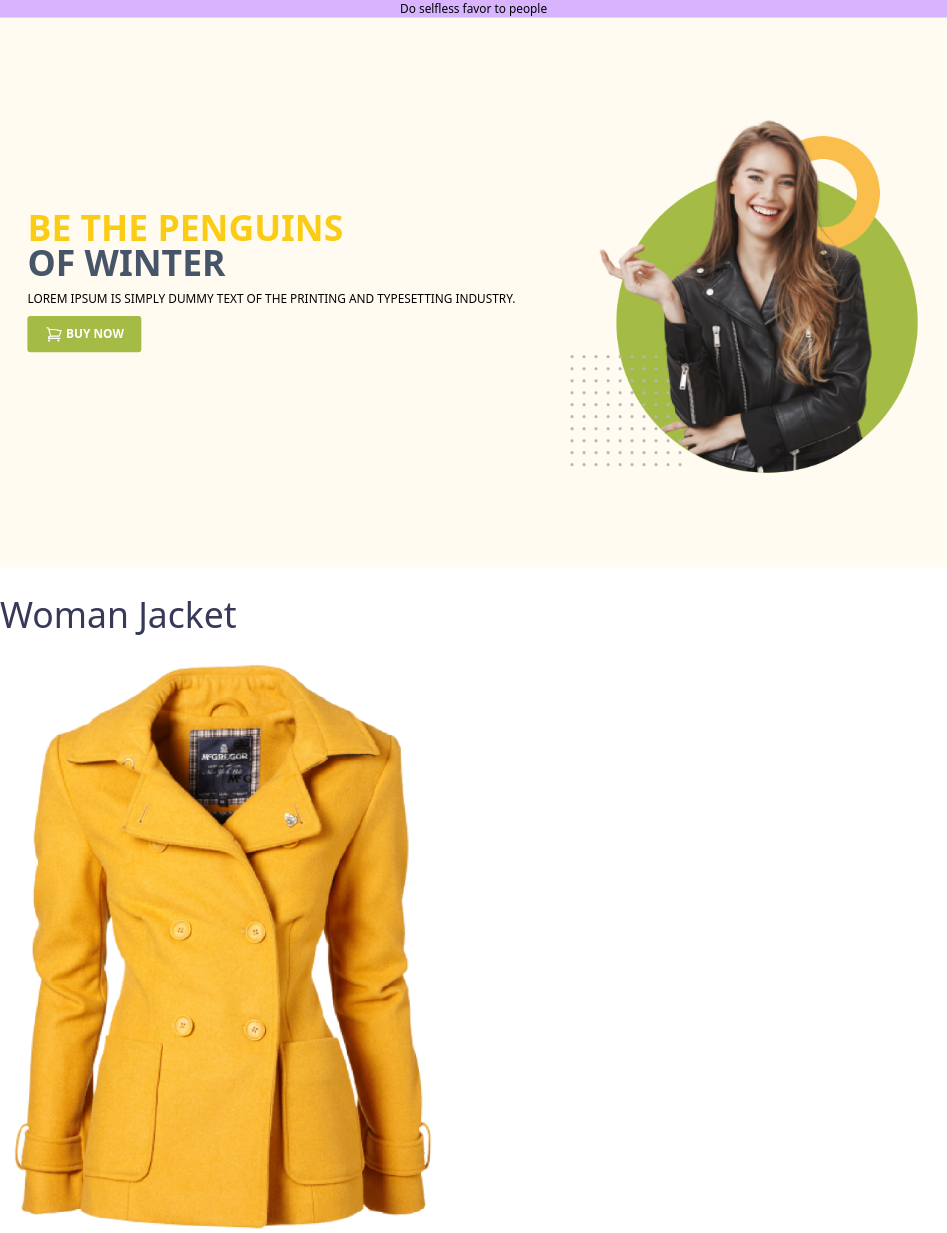
Repository: zjria/penguin-e-commerce-fashion
Page: index.html
These files come from the project's save history. The page is drawn as it stood at one moment and after the next save; the edit follows.
The browser window is 1280 px wide. The pictures show the whole page, at 74% of full size.
Some web libraries are served in a nearby version.

Above is the page before, as saved 2022-10-07 07:07:24.

### index.html
<!DOCTYPE html>
<html lang="en">

<head>
    <meta charset="UTF-8">
    <meta http-equiv="X-UA-Compatible" content="IE=edge">
    <meta name="viewport" content="width=device-width, initial-scale=1.0">
    <title>Penguin E-commerce</title>
    <!-- Google Fonts Link -->
    <link rel="preconnect" href="https://fonts.googleapis.com">
    <link rel="preconnect" href="https://fonts.gstatic.com" crossorigin>
    <link href="https://fonts.googleapis.com/css2?family=Bebas+Neue&family=Roboto:wght@100;300;400;500&display=swap"
        rel="stylesheet">

    <!-- Tailwind CSS CDN link -->
    <script src="https://cdn.tailwindcss.com"></script>
    <script>
        tailwind.config = {
            theme: {
                extend: {
                    colors: {
                        clifford: '#da373d',
                        header_bg: '#FFFBF0',
                        main_text_color: '#363958'
                    }
                }
            }
        }
    </script>
</head>

<body>
    <h2 class="bg-purple-300 text-center font-header_text">Do selfless favor to people</h2>


    <!-- Header Section -->
    <header class="bg-header_bg pb-32 pt-24">
        <section class="container mx-auto uppercase sm:flex items-center justify-around">
            <div class="space-y-3">
                <h1 class="text-2xl sm:text-5xl font-bold font-header_text">
                    <span class="text-yellow-400">Be the Penguins</span> <br>
                    <span class="text-slate-600">of Winter</span>
                </h1>
                <p class="font-anther_text">Lorem Ipsum is simply dummy text of the printing
                    and typesetting industry.</p>
                <button class="uppercase bg-[#A4BC46] py-3 px-6 text-white font-semibold rounded font-anther_text"> <svg
                        xmlns="http://www.w3.org/2000/svg" fill="none" viewBox="0 0 24 24" stroke-width="1.5"
                        stroke="currentColor" class="w-6 h-6 inline text-white">
                        <path stroke-linecap="round" stroke-linejoin="round"
                            d="M2.25 3h1.386c.51 0 .955.343 1.087.835l.383 1.437M7.5 14.25a3 3 0 00-3 3h15.75m-12.75-3h11.218c1.121-2.3 2.1-4.684 2.924-7.138a60.114 60.114 0 00-16.536-1.84M7.5 14.25L5.106 5.272M6 20.25a.75.75 0 11-1.5 0 .75.75 0 011.5 0zm12.75 0a.75.75 0 11-1.5 0 .75.75 0 011.5 0z" />
                    </svg>
                    Buy Now</button>
            </div>
            <div class="pt-8 sm:pt-8">
                <img class=" w-1/2 sm:w-full" src="images/model.png" alt="">
            </div>
        </section>
    </header>

    <!-- Main Section Start -->
    <main>
        <section class="container mx-auto">
            <h2 class="text-5xl my-10 text-main_text_color font-header_text">Woman Jacket</h2>
            <div class="grid-cols-3">
                <div class="card-information">
                    <img src="images/jacket-1.png" alt="">

                </div>
            </div>
        </section>
    </main>

</body>

</html>

After the next save:
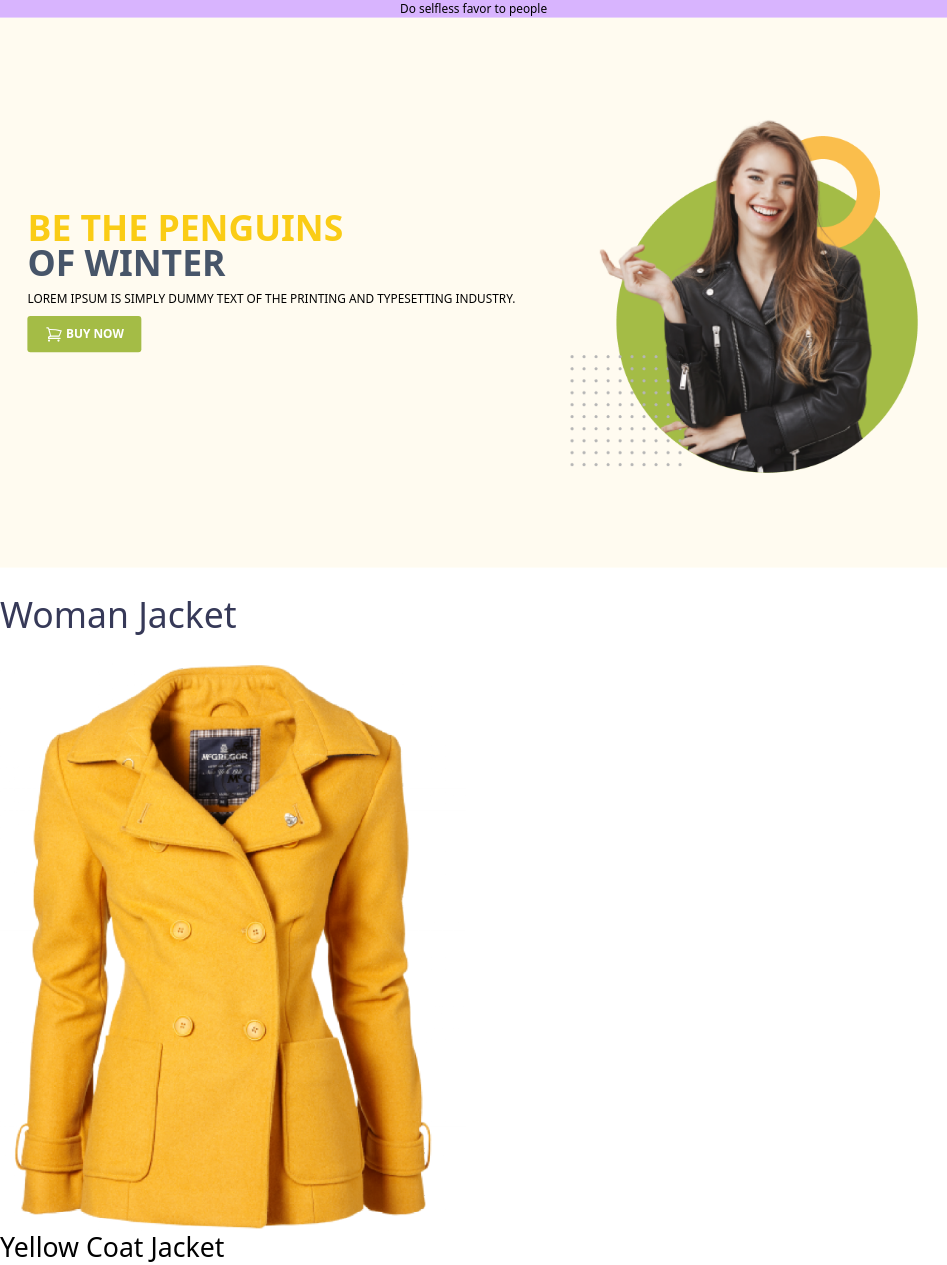
Saved 2 min 10 s later.
--- a/index.html
+++ b/index.html
@@ -64,7 +64,7 @@
             <div class="grid-cols-3">
                 <div class="card-information">
                     <img src="images/jacket-1.png" alt="">
-
+                    <h2 class="text-4xl">Yellow Coat Jacket</h2>
                 </div>
             </div>
         </section>
